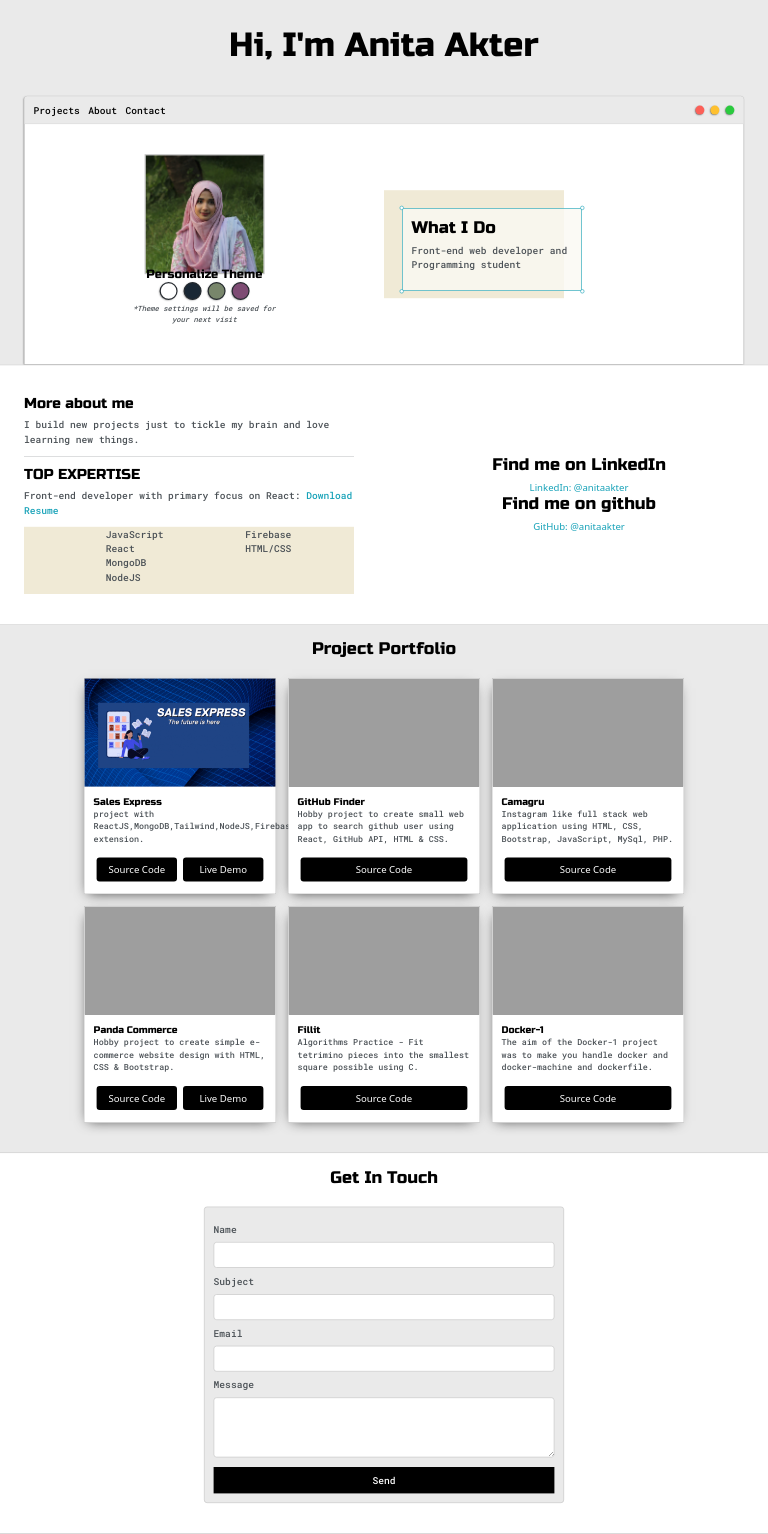
Repository: AnitaAkter/My_portfolio
Page: index.html
The author's editor kept a copy of each file at every save. The page is drawn from the files as they stood at one save, then again after the next save.
The browser window is 1280 px wide. The pictures show the whole page, at 60% of full size.
Pictures or frames that could not be fetched are drawn as grey boxes.

Above is the page before, as saved 2022-12-10 14:27:00.

After the next save:
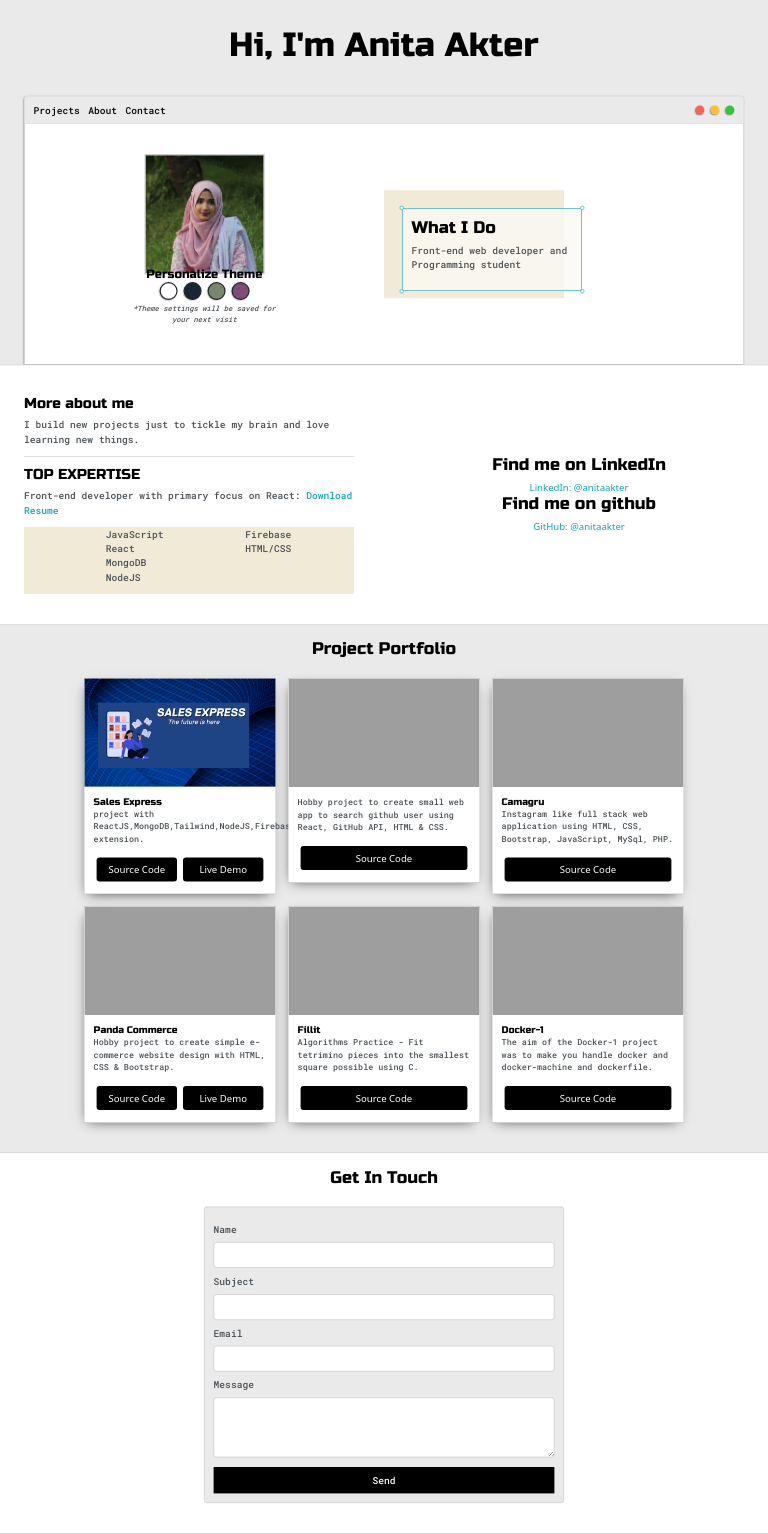
Saved 35 s later.
--- a/index.html
+++ b/index.html
@@ -165,7 +165,7 @@
 					<div class="post">
 						<img class="thumbnail" src="images/github_finder.jpg">
 						<div class="post-preview">
-							<h6 class="post-title">GitHub Finder</h6>
+							<h6 class="post-title"></h6>
 							<p class="post-intro">Hobby project to create small web app to search github user using
 								React, GitHub API, HTML & CSS.
 							</p>

After the save that followed:
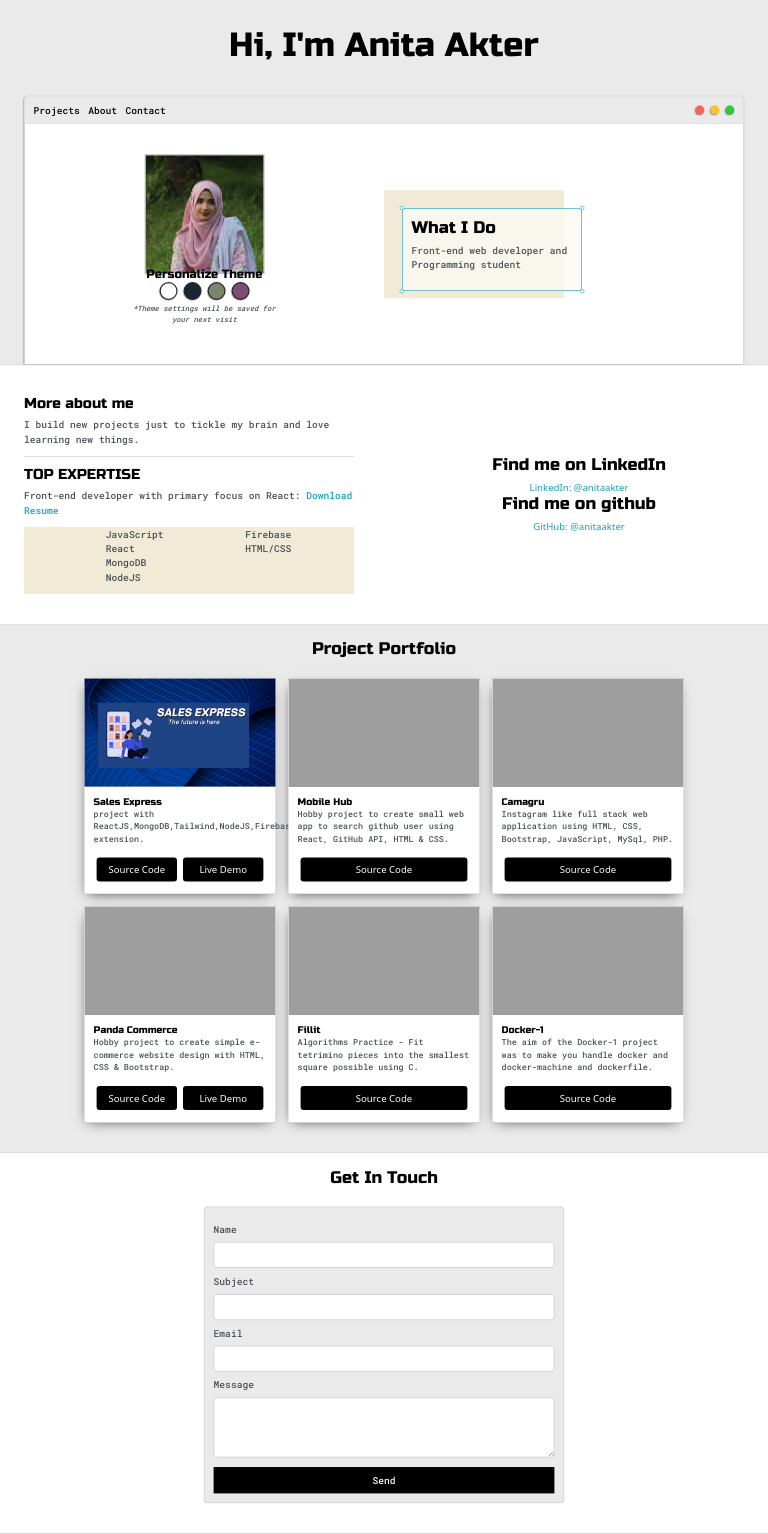
Saved 4 s later.
--- a/index.html
+++ b/index.html
@@ -165,7 +165,7 @@
 					<div class="post">
 						<img class="thumbnail" src="images/github_finder.jpg">
 						<div class="post-preview">
-							<h6 class="post-title"></h6>
+							<h6 class="post-title">Mobile Hub</h6>
 							<p class="post-intro">Hobby project to create small web app to search github user using
 								React, GitHub API, HTML & CSS.
 							</p>
